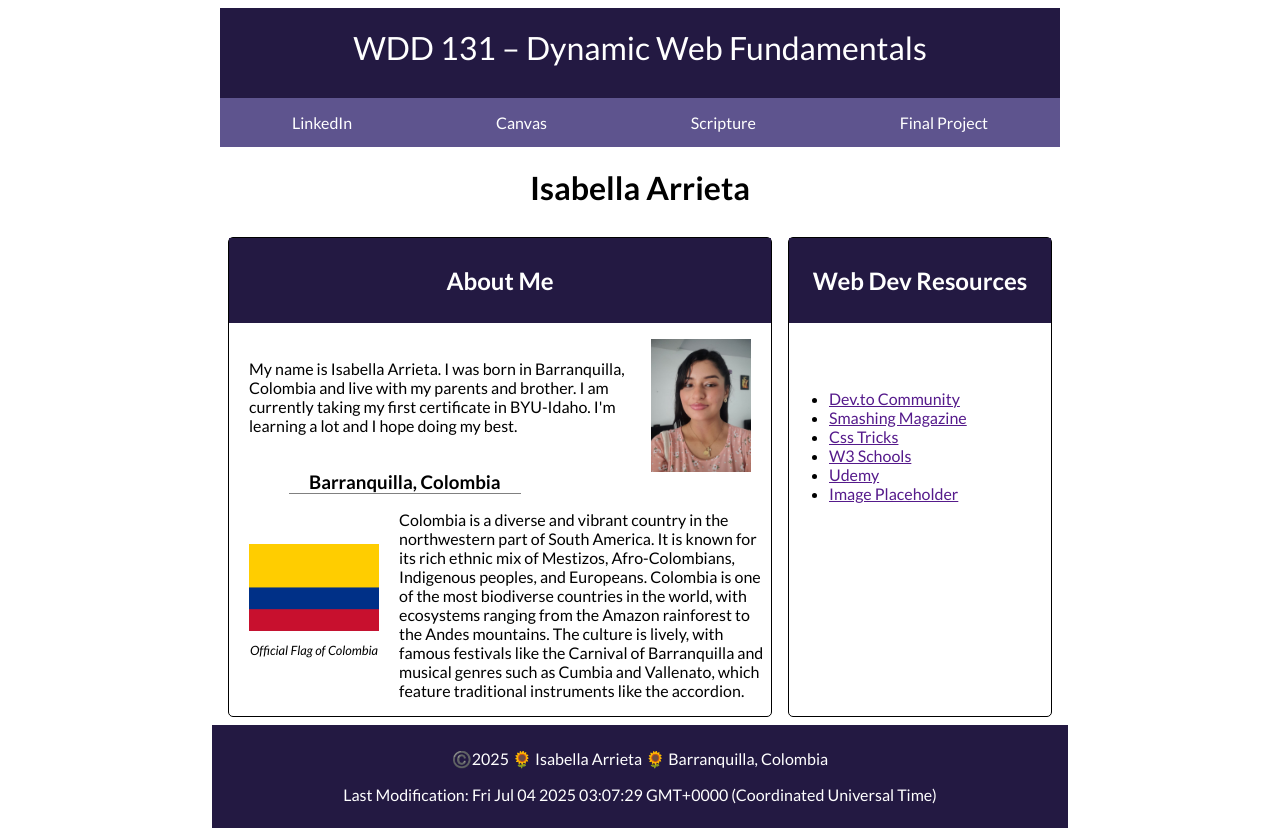
Repository: isaAJ05/wdd131
Page: index.html
These files come from the project's save history. The page is drawn as it stood at one moment and after a run of saves; the edit follows.
The browser window is 1280 px wide. The pictures show the whole page.
Some web fonts or font styles are not loaded; a fallback is used.

Above is the page before, as saved 2025-07-04 03:49:10.

### index.html
<!DOCTYPE html>
<html lang="en">
<head>
    <meta charset="UTF-8">
    <meta name="viewport" content="width=device-width, initial-scale=1.0">
    <title>WDD 131 – Dynamic Web Fundamentals – Isabella Arrieta</title>
    <meta name="description" content="WDD 131 – Dynamic Web Fundamentals Isabella Arrieta, This is a page about me">
    <meta name="author" content="Isabella Arrieta">
    <link rel="stylesheet" href="styles/base.css">
    <link rel="preconnect" href="https://fonts.googleapis.com">
    <link rel="preconnect" href="https://fonts.gstatic.com" crossorigin>
    <link href="https://fonts.googleapis.com/css2?family=Lato:ital,wght@0,100;0,300;0,400;0,700;0,900;1,100;1,300;1,400;1,700;1,900&family=Open+Sans:ital,wght@0,300..800;1,300..800&family=Play:wght@400;700&family=Raleway:ital,wght@0,100..900;1,100..900&display=swap" rel="stylesheet">
    <script src="scripts/getdates.js" defer></script>
</head>
<body>
    <header>
        <div class="header-title">
            <span id="course-title">WDD 131 – Dynamic Web Fundamentals</span>
        </div>
        <nav>
            <a href="https://www.linkedin.com/in/isabella-arrieta/">LinkedIn</a>
            <a href="https://byupw.instructure.com/">Canvas</a>
            <a href="https://www.churchofjesuschrist.org/study/scriptures/bofm/alma/30?lang=eng&id=p44#p44">Scripture</a>
            <a href="">Final Project</a>

        </nav>
    </header>
    <main>

        <h1>Isabella Arrieta</h1>
        <section class="card">
            <div class="rectangle">
                <h2>About Me</h2>
            </div>
            <div class="presentation">
            <img src ="images/isa-picture.jpg" alt="Isabella Arrieta picture">
            <p>My name is Isabella Arrieta. I was born in Barranquilla, Colombia and live with my parents and brother. I am currently taking my first certificate in BYU-Idaho. I'm learning a lot and I hope doing my best. </p>
            <h3>Barranquilla, Colombia</h3>
            </div>
            <div class="country">
            <figure>
                <img src ="images/640px-Flag_of_Colombia.svg.webp" alt="Colombia flag">
                <figcaption>Official Flag of Colombia</figcaption>
            </figure>
            <p>Colombia is a diverse and vibrant country in the northwestern part of South America. It is known for its rich ethnic mix of Mestizos, Afro-Colombians, Indigenous peoples, and Europeans. Colombia is one of the most biodiverse countries in the world, with ecosystems ranging from the Amazon rainforest to the Andes mountains. The culture is lively, with famous festivals like the Carnival of Barranquilla and musical genres such as Cumbia and Vallenato, which feature traditional instruments like the accordion.</p>
            </div>
            </section>
        <section class="card">
            <div class="rectangle">
                <h2>Web Dev Resources</h2>
            </div>
                <ul>
                <li><a href="">Dev.to Community</a></li>
                <li><a href="">Smashing Magazine</a></li>
                <li><a href="">Css Tricks</a></li>
                <li><a href="">W3 Schools</a></li>
                <li><a href="">Udemy</a></li>
                <li><a href="">Image Placeholder</a></li>
            </ul>

        </section>
    </main>
    <footer>
        <p>
            ©️<span id="currentyear"></span> 🌻 Isabella Arrieta 🌻 Barranquilla, Colombia
        </p>
        <p class="last-modified">
            <span id="lastModified"></span>
        </p>
    </footer>

</body>
</html>

### styles/base.css
:root {
    --primary-color: #231942;
    --secondary-color: #5e548e;
    --accent1-color: #ffafcc;
    --accent2-color: #bde0fe;
    --accent3-color: #a2d2ff;
    --font: "Lato", sans-serif;
}
header, main, footer {
    width: 840px;
    margin: 0 auto;
    font-family: var(--font);
}
.course-title{
    display: block;

}
.header-title {
    color:white;
	height: 50px;
    padding: 20px;
    font-size: 2rem;
    text-align: center;
    background: var(--primary-color);

}

nav{
    display: flex;
    justify-content: space-around;
    text-decoration: none;
    background: var(--secondary-color);
}
nav a{
    color: #fff;
    text-decoration: none;
    padding: 15px;
}

nav a:hover {
	text-decoration: overline;
}

/* larger/wider views **************************/
@media (min-width: 640px) {
	nav ul {
		display: flex;
	}

	nav ul li {
		flex: 1 0 auto;
}

main{
    display: grid;
    grid-template: auto 1fr / 2fr 1fr;
}
main h1{
    grid-column: 1/3;
    text-align: center;
}
section{
    border: 1px solid black;
    border-radius: 5px;
    margin: 8px;
}

.card .rectangle{
    color:white;
    padding: 8px;
    text-align: center;
    background: var(--primary-color);


}
.presentation img{
    float: right;
    padding: 0px 20px 20px 20px;
    width:100px ;
    height: auto;

}
.presentation p{
    padding: 20px 20px;
}
.card h3{
    display: inline-block;
    border-bottom: 1px solid gray;
    padding: 0 20px;
    margin: 0 60px;
    text-align: center;
    align-items: center;
}

.country{
    display: flex;
    flex: 1 0 auto;
    align-items: center;
}
.card figure{
    margin: 0;
    padding: 0;
}
.card figure img{
    width: 130px;
    height: auto;
    padding: 0 20px;
}
.card figure figcaption{
    text-align: center;
    font-style: italic;
    padding: 8px;
    font-size: 0.8rem;
}


.card ul{
    padding-top: 50px;
}

footer{
    color:  #fff;
    background: var(--primary-color);
    text-align: center;
    padding: 8px;
}
p .last-modified {
    font-size: 0.5rem;
}

### scripts/getdates.js
const year = document.querySelector("#currentyear");
const today = new Date();
year.innerHTML = `<span class="highlight">${today.getFullYear()}</span>`;
const lastMod = document.querySelector("#lastModified");
let oLastModif = new Date(document.lastModified);
lastMod.innerHTML = `Last Modification: <span class="highlight">${oLastModif}</span>`;

After the next 2 saves:
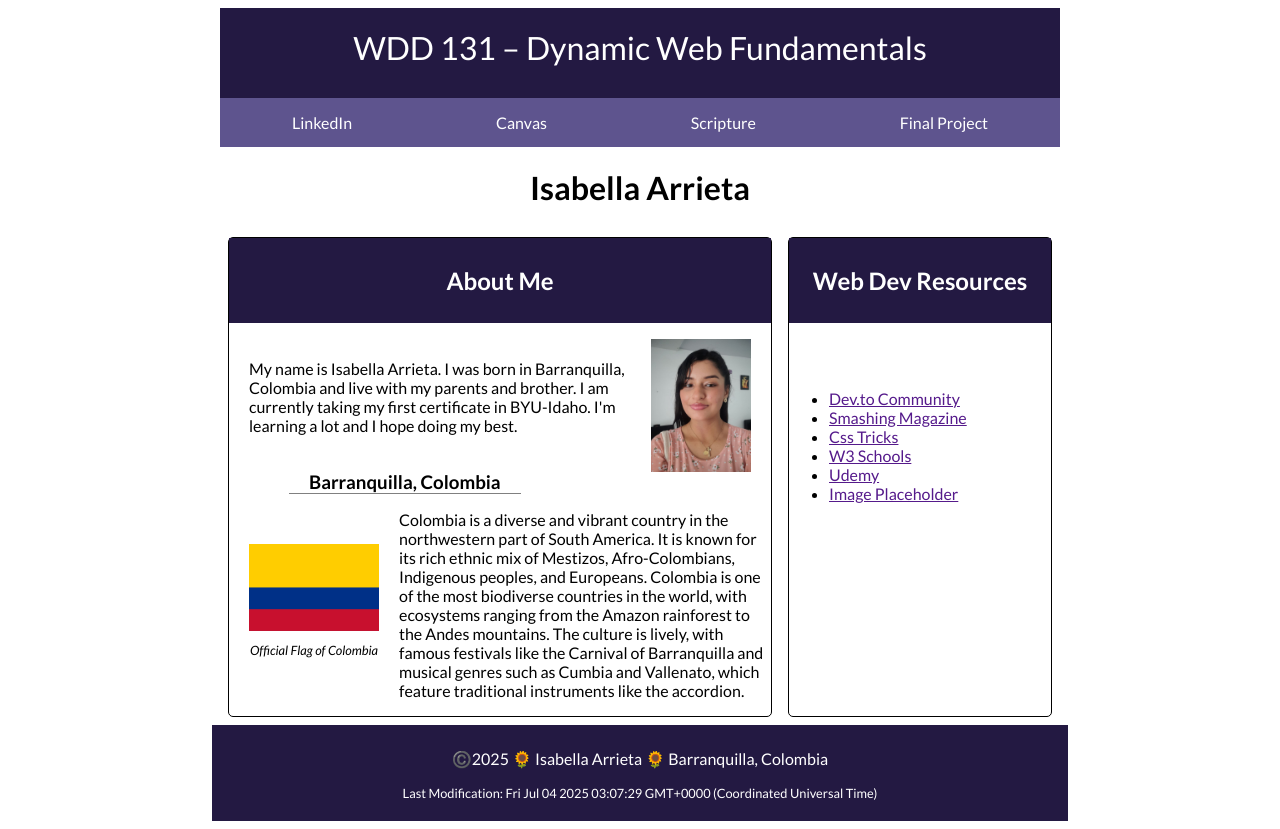
The 2 saves are shown as one change because they came seconds apart.
The last was saved 7 s later.
--- a/styles/base.css
+++ b/styles/base.css
@@ -124,6 +124,6 @@ footer{
     text-align: center;
     padding: 8px;
 }
-p .last-modified {
-    font-size: 0.5rem;
+.last-modified {
+    font-size: 0.8rem;
 }
